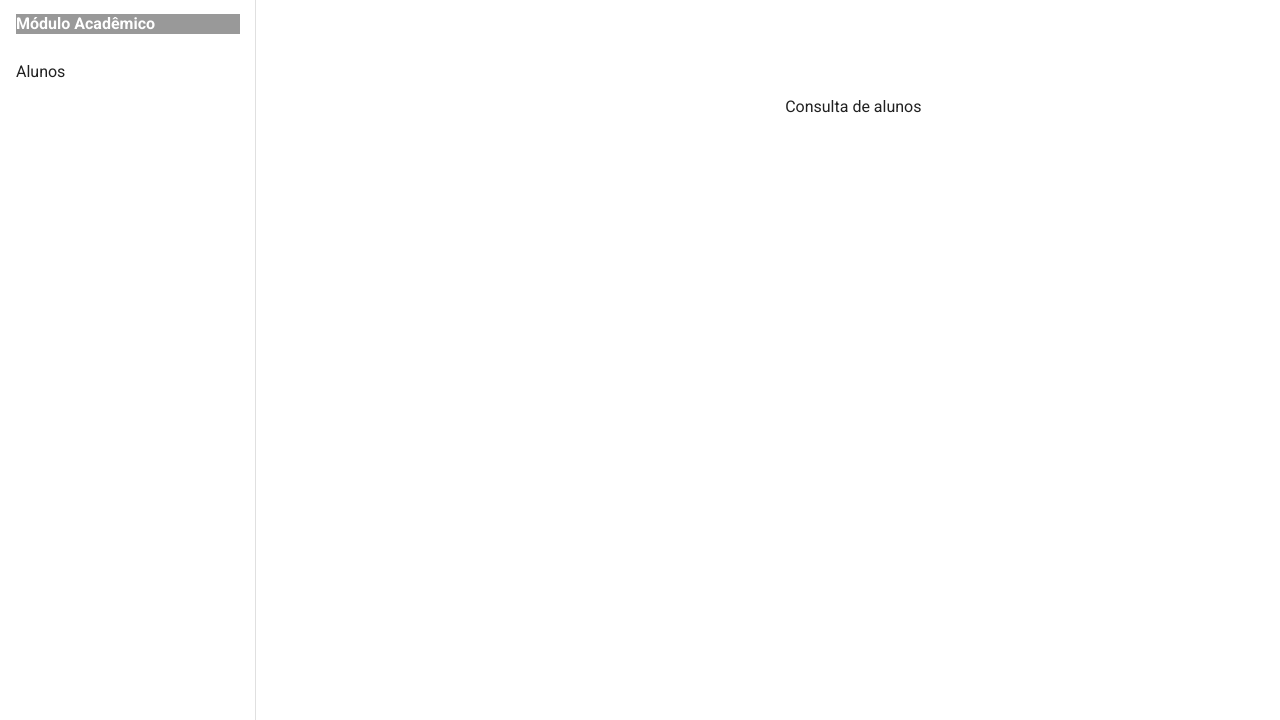
Repository: sergiohidekiono/vue-student
Page: /
The author's editor kept a copy of each file at every save. The page is drawn from the files as they stood at one save, then again after a run of saves.
The browser window is 1280 px wide. The pictures show the whole page.
The project was rebuilt for these pictures with package versions that can differ from the ones it lists, and the page was loaded fresh each time. Also part of the build but not shown: vue.config.js.

Above is the page before, as saved 2024-08-07 09:41:11.

After the next 2 saves:
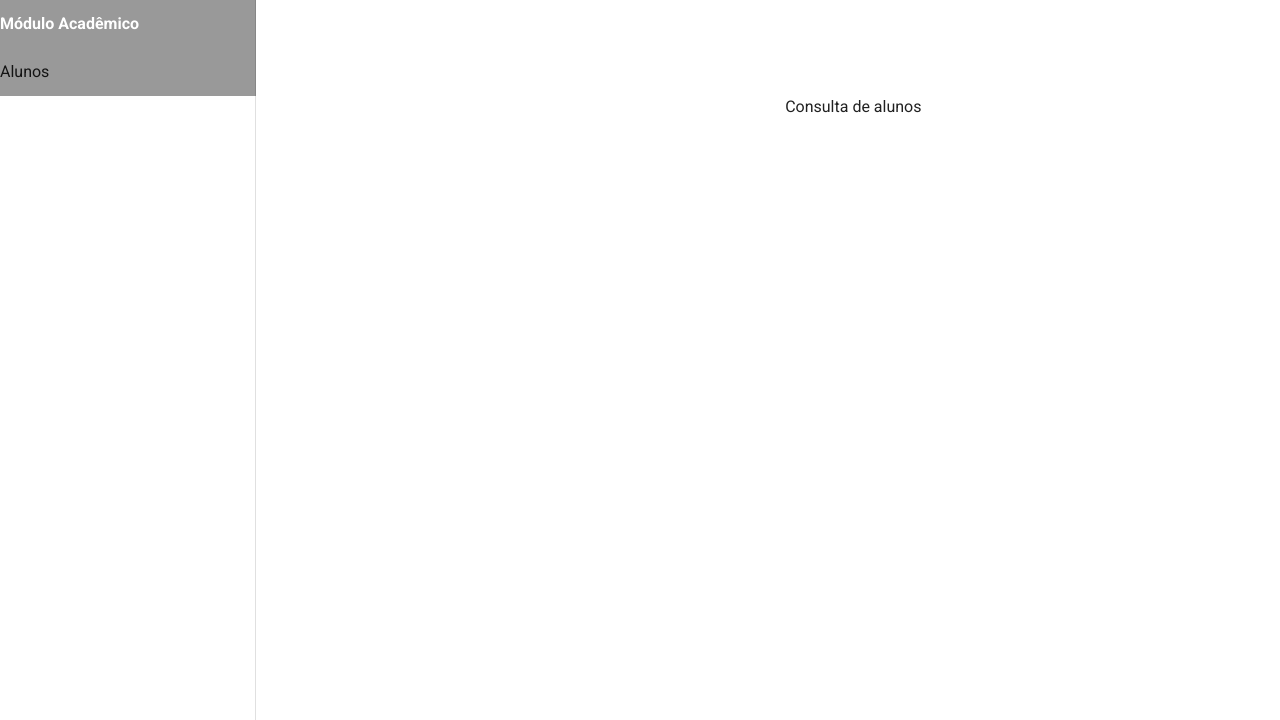
The 2 saves are shown as one change because they came seconds apart.
The last was saved 27 s later.
--- a/src/components/student-list.vue
+++ b/src/components/student-list.vue
@@ -42,6 +42,12 @@
 </script>
 
 <style scoped>
+.v-list-item.theme--light {
+    background: #999999;
+    padding: 0 !important;
+
+}
+
 .v-list-item.theme--light .header-table {
     color: white;
     background: #999999;
@@ -58,7 +64,7 @@
     /* Remove padding dos títulos */
 }
 
-.v-list.v-sheet.theme--light{
-    padding: 0!important;
+.v-list.v-sheet.theme--light {
+    padding: 0 !important;
 }
 </style>

After the save that followed:
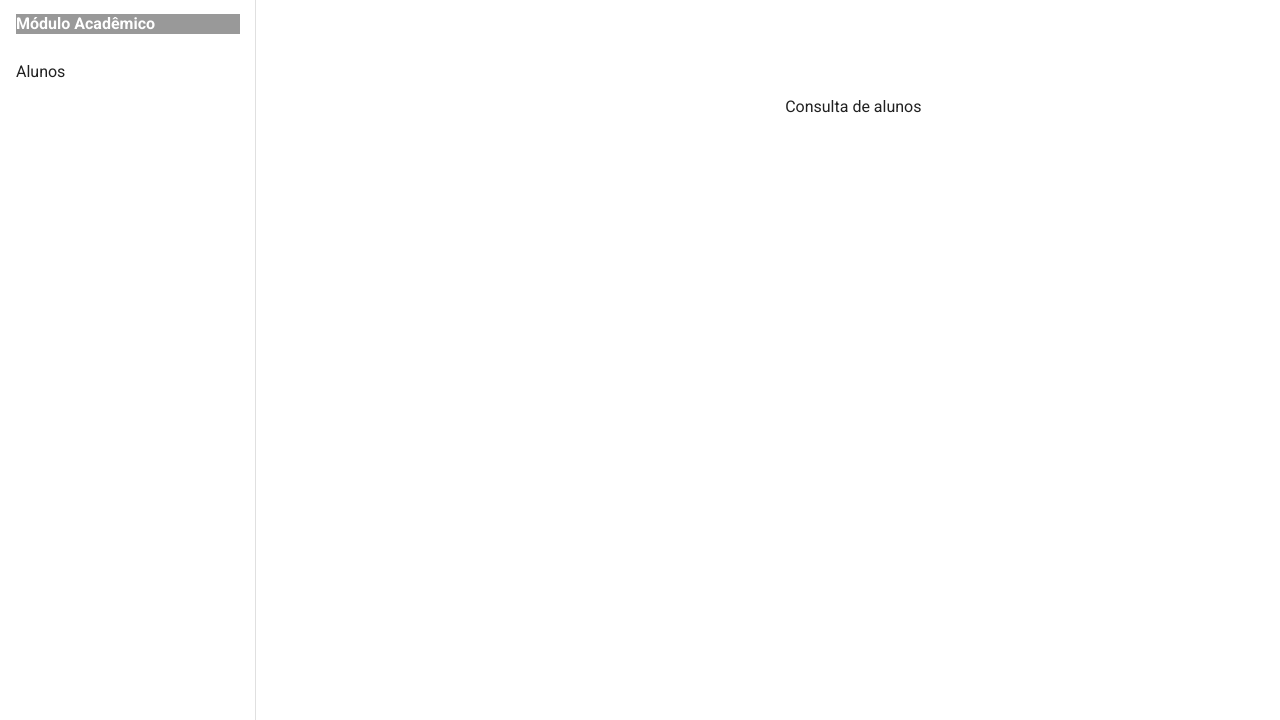
Saved 10 s later.
--- a/src/components/student-list.vue
+++ b/src/components/student-list.vue
@@ -42,7 +42,7 @@
 </script>
 
 <style scoped>
-.v-list-item.theme--light {
+.v-list-item.theme--light .header-table {
     background: #999999;
     padding: 0 !important;
 
